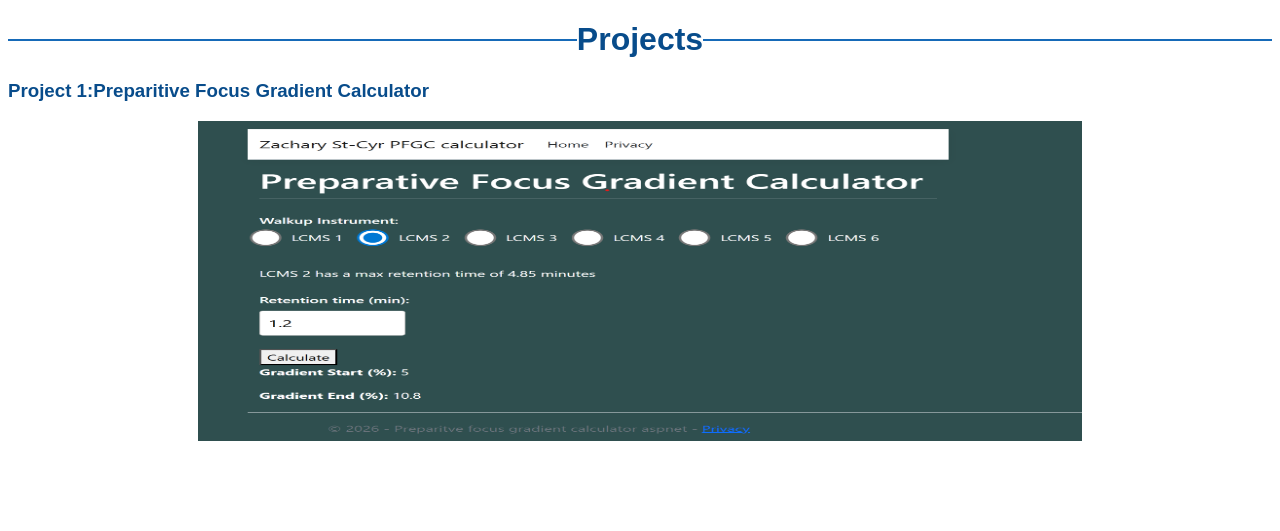
Repository: zackaroo20/zackaroo20
Page: pages/projects.html
The author's editor kept a copy of each file at every save. The page is drawn from the files as they stood at one save, then again after the next save.
The browser window is 1280 px wide. The pictures show the whole page.

Above is the page before, as saved 2026-05-14 15:50:02.

After the next save:
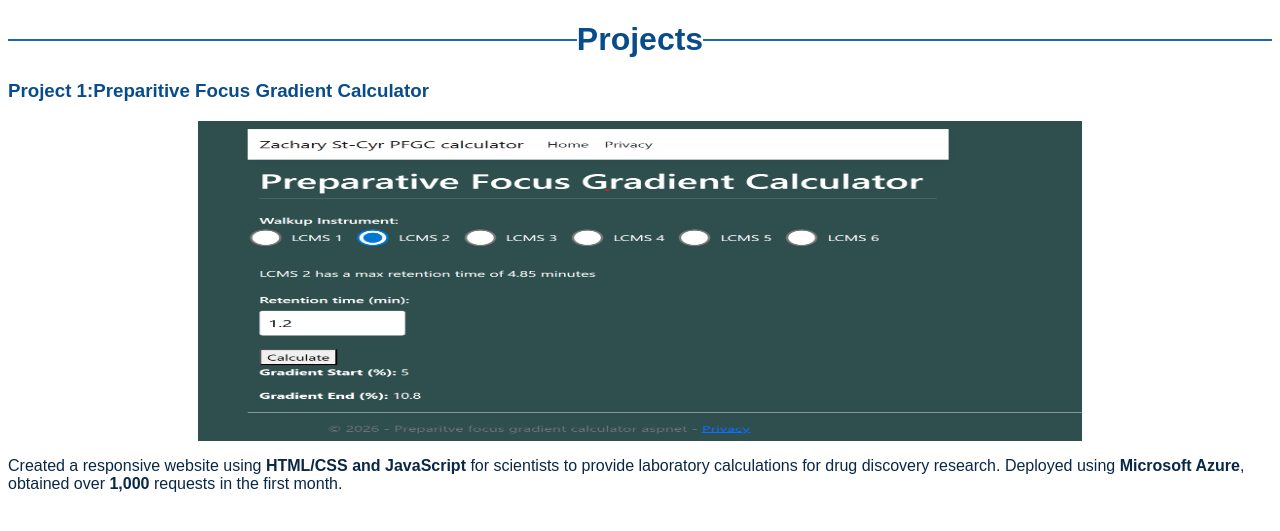
Saved 36 s later.
--- a/pages/projects.html
+++ b/pages/projects.html
@@ -31,6 +31,10 @@
     <h1>Projects</h1>
 <h3>Project 1:Preparitive Focus Gradient Calculator</h3>
 <img alt="pfgc" src="/assets/Project1.png">
-
+<p> Created a responsive website using <strong>HTML/CSS and JavaScript</strong>
+    for scientists to provide laboratory calculations for drug discovery research.
+    Deployed using <strong>Microsoft Azure</strong>,
+     obtained over <strong>1,000</strong> requests in the first month.
+    </p>
 </body>
 </html>
